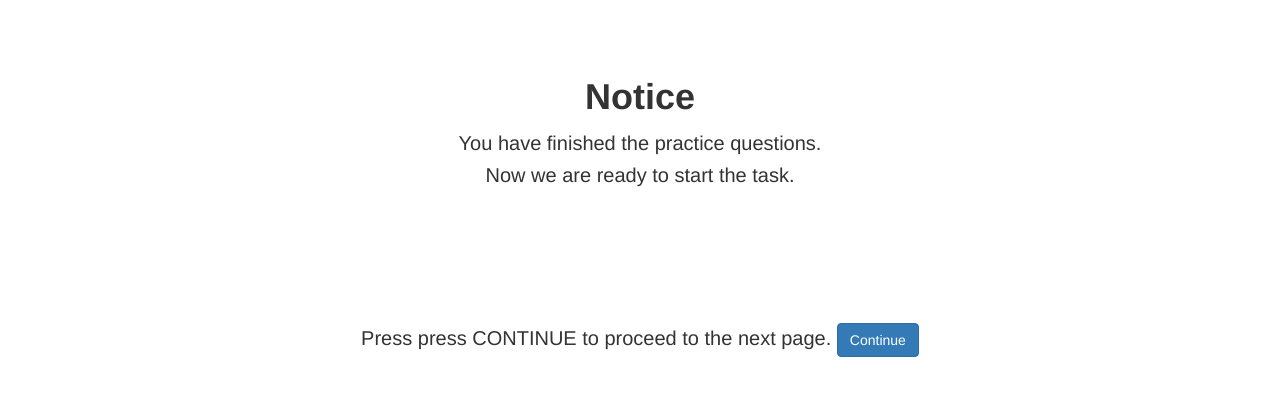
Repository: zmikaya/behavecon
Page: templates/group/Category3Dams_p10.html
The author's editor kept a record of every edit. The page is drawn from the files as they stood at one moment, then again after the next edit.
The browser window is 1280 px wide. The pictures show the whole page.
The template is drawn by Django 2.2. The application's start-up code is not run. Other server files are loaded and not shown. The template is opened directly, without the code that normally fills it, so the values that code supplies are empty.

Above is the page before.
Console error: TypeError: Cannot read properties of null (reading 'getAttribute')

### templates/group/Category3Dams_p10.html
{% extends 'sidebar-base.html' %}
{% load staticfiles %}

{% block body_block %}
    <!-- Page Content -->
    <div id="page-content-wrapper">
        <div class="container-fluid">
            <div class="row">
                <div class="col-lg-12 center">
                    <h1><b>Notice</b></h1>
                    <p>You have finished the practice questions.<br>
                        Now we are ready to start the task.
                    </p>
                    <div>
                        <p class="inline continue">Press press CONTINUE to proceed to the next page.</p>
                        <button type="button" class="btn btn-primary next" onclick="ajaxGetPage('p4')">Continue</button>
                    </div>
                    <!--<a href="#menu-toggle" class="btn btn-default" id="menu-toggle">Toggle Menu</a>-->
                </div>
            </div>
        </div>
    </div>
    <!-- /#page-content-wrapper -->
{% endblock %}

### templates/sidebar-base.html
<!DOCTYPE html>
{% load staticfiles %}
<html lang="en">

<head>

    <meta charset="utf-8">
    <meta http-equiv="X-UA-Compatible" content="IE=edge">
    <meta name="viewport" content="width=device-width, initial-scale=1">
    <meta name="description" content="">
    <meta name="author" content="">

    <title>BehaveCon</title>

    <!-- Bootstrap Core CSS -->
    <link href="{% static "css/bootstrap.min.css" %}" rel="stylesheet">

    <!-- Custom CSS -->
    <link href="{% static "css/simple-sidebar.css" %}" rel="stylesheet">

    <link href="{% static "css/style.css" %}" rel="stylesheet">

    <script src="{% static "js/jquery.js" %}"></script>

    <script src="{% static "js/embed.js" %}" type="text/javascript"></script>

    <!-- HTML5 Shim and Respond.js IE8 support of HTML5 elements and media queries -->
    <!-- WARNING: Respond.js doesn't work if you view the page via file:// -->
    <!--[if lt IE 9]>
        <script src="https://oss.maxcdn.com/libs/html5shiv/3.7.0/html5shiv.js"></script>
        <script src="https://oss.maxcdn.com/libs/respond.js/1.4.2/respond.min.js"></script>
    <![endif]-->


</head>

<body>

    <!--<div id="wrapper">-->

        <!-- Sidebar -->
    <!--    <div id="sidebar-wrapper">-->
    <!--        <ul class="sidebar-nav">-->
    <!--            <li class="sidebar-brand">-->
    <!--                <a href="#">-->
    <!--                    Start Bootstrap-->
    <!--                </a>-->
    <!--            </li>-->
    <!--            <li>-->
    <!--                <a href="#">Dashboard</a>-->
    <!--            </li>-->
    <!--            <li>-->
    <!--                <a href="#">Shortcuts</a>-->
    <!--            </li>-->
    <!--            <li>-->
    <!--                <a href="#">Overview</a>-->
    <!--            </li>-->
    <!--            <li>-->
    <!--                <a href="#">Events</a>-->
    <!--            </li>-->
    <!--            <li>-->
    <!--                <a href="#">About</a>-->
    <!--            </li>-->
    <!--            <li>-->
    <!--                <a href="#">Services</a>-->
    <!--            </li>-->
    <!--            <li>-->
    <!--                <a href="#">Contact</a>-->
    <!--            </li>-->
    <!--        </ul>-->
    <!--    </div>-->
        <!-- /#sidebar-wrapper -->

        <!-- Page Content -->
        {% block body_block %}{% endblock %}
    <!-- /#wrapper -->

    <!-- jQuery -->
    <script src="{% static "js/jquery.js" %}"></script>

    <!-- Bootstrap Core JavaScript -->
    <script src="{% static "js/bootstrap.min.js" %}"></script>

    <script src="{% static "js/script.js" %}"></script>

    <!-- Menu Toggle Script -->
    <script>
    $("#menu-toggle").click(function(e) {
        e.preventDefault();
        $("#wrapper").toggleClass("toggled");
    });
    </script>

</body>

</html>

### static/css/simple-sidebar.css
/*!
 * Start Bootstrap - Simple Sidebar HTML Template (http://startbootstrap.com)
 * Code licensed under the Apache License v2.0.
 * For details, see http://www.apache.org/licenses/LICENSE-2.0.
 */

/* Toggle Styles */

#wrapper {
    padding-left: 0;
    -webkit-transition: all 0.5s ease;
    -moz-transition: all 0.5s ease;
    -o-transition: all 0.5s ease;
    transition: all 0.5s ease;
}

#wrapper.toggled {
    padding-left: 250px;
}

#sidebar-wrapper {
    z-index: 1000;
    position: fixed;
    left: 250px;
    width: 0;
    height: 100%;
    margin-left: -250px;
    overflow-y: auto;
    background: #000;
    -webkit-transition: all 0.5s ease;
    -moz-transition: all 0.5s ease;
    -o-transition: all 0.5s ease;
    transition: all 0.5s ease;
}

#wrapper.toggled #sidebar-wrapper {
    width: 250px;
}

#page-content-wrapper {
    width: 100%;
    position: absolute;
    padding: 15px;
}

#wrapper.toggled #page-content-wrapper {
    position: absolute;
    margin-right: -250px;
}

/* Sidebar Styles */

.sidebar-nav {
    position: absolute;
    top: 0;
    width: 250px;
    margin: 0;
    padding: 0;
    list-style: none;
}

.sidebar-nav li {
    text-indent: 20px;
    line-height: 40px;
}

.sidebar-nav li a {
    display: block;
    text-decoration: none;
    color: #999999;
}

.sidebar-nav li a:hover {
    text-decoration: none;
    color: #fff;
    background: rgba(255,255,255,0.2);
}

.sidebar-nav li a:active,
.sidebar-nav li a:focus {
    text-decoration: none;
}

.sidebar-nav > .sidebar-brand {
    height: 65px;
    font-size: 18px;
    line-height: 60px;
}

.sidebar-nav > .sidebar-brand a {
    color: #999999;
}

.sidebar-nav > .sidebar-brand a:hover {
    color: #fff;
    background: none;
}

@media(min-width:768px) {
    #wrapper {
        padding-left: 250px;
    }

    #wrapper.toggled {
        padding-left: 0;
    }

    #sidebar-wrapper {
        width: 250px;
    }

    #wrapper.toggled #sidebar-wrapper {
        width: 0;
    }

    #page-content-wrapper {
        padding: 20px;
        position: relative;
    }

    #wrapper.toggled #page-content-wrapper {
        position: relative;
        margin-right: 0;
    }
}

### static/css/style.css
.center {
    text-align: center;
    font-size: 20px;
    margin-top: 3%;
    line-height: 160%;
}

.left-align {
    font-size: 20px;
    margin-top: 3%;
    line-height: 160%;
}

.left-align-width {
    font-size: 20px;
    margin-top: 3%;
    line-height: 160%;
    width: 80% !important;
}

.left-align-no-margin {
    font-size: 20px;
    margin-top: 0;
    line-height: 160%;
}

.inline {
    display: inline-block;
}

.continue {
    margin-top: 10%;
}

.text {
    font-size: 20px;
    line-height: 160%;
}

.left {
    margin-top: 3%;
    width: 50%;
    float: left;
}

.right {
    margin-top: 3%;
    width: 50%;
    float: right;
}

.damTable {
    max-height: 100%;
    max-width: 100%;
    margin-top: 15%;
}

.damContinue {
    float: right;
    font-size: 20px;
    padding-right: 5%;
}

.bullet-points li {
    margin-bottom: 2%;
}

.practice-ml-row{
    height: 150px;
    border-bottom: thick solid #A69F9F;
}

.col-md-6 p{
    margin: 0;
    transform: translateY(50%);
}

.table-center {
    transform: translateY(50%);
}

.table-3-center {
    transform: translateY(20%);
}

.list-no-style {
    list-style-type: none;
}

.list-inline {
    vertical-align: top;
}

.table-inline {
    display: inline-block;
}
.border{
    height: 100%;
    border-left: thick solid #A69F9F;
}

.no-margin {
    margin: 0;
}

.chat {
    margin-top: 4%;
}

.enterinfo {
    width: 15%;
}

.error-msg {
    color: red;
}

.npresent {
    padding-left: 35px;
}



#leftAnswers {
    margin-top: 5%;
}

#black-border {
    border: solid black;
}

### static/js/embed.js
function tlkioOnload() {
    var target_element  = document.getElementById('tlkio'),
        channel_name    = target_element.getAttribute('data-channel'),
        custom_css_path = target_element.getAttribute('data-theme'),
        nickname        = target_element.getAttribute('data-nickname'),
        iframe          = document.createElement('iframe');

    // var iframe_src = 'http://embed.lvh.me:3000/' + channel_name,
    var iframe_src = '//embed.tlk.io/' + channel_name,
        iframe_query = [];


    if (custom_css_path && custom_css_path.length > 0) {
      iframe_query.push('custom_css_path=' + custom_css_path);
    }

    if (nickname && nickname.length > 0) {
      iframe_query.push('nickname=' + nickname);
    }

    if (iframe_query.length > 0) {
      iframe_src += '?' + iframe_query.join('&')
    }

    iframe.setAttribute('src', iframe_src);
    iframe.setAttribute('width', '100%');
    iframe.setAttribute('height', '100%');
    iframe.setAttribute('frameborder', '0');
    iframe.setAttribute('style', 'margin-bottom: -8px;');

    var current_style = target_element.getAttribute('style');
    target_element.setAttribute('style', 'overflow: auto; -webkit-overflow-scrolling: touch;' + current_style);

    target_element.appendChild(iframe);
};

### static/js/script.js
var url = "/Category3Dams/"

function getCookie(name) {
    var cookieValue = null;
    if (document.cookie && document.cookie != '') {
        var cookies = document.cookie.split(';');
        for (var i = 0; i < cookies.length; i++) {
            var cookie = jQuery.trim(cookies[i]);
            // Does this cookie string begin with the name we want?
            if (cookie.substring(0, name.length + 1) == (name + '=')) {
                cookieValue = decodeURIComponent(cookie.substring(name.length + 1));
                break;
            }
        }
    }
    return cookieValue;
}


// $('.next').click(function(){
//     var csrftoken = getCookie('csrftoken');
//     var id = $("#enterid").val();
//     var page = $(this).attr('id')+'/';
//     $.ajax({
//       type: "POST",
//       url: url + page,
//       data: {
//           'id': id,
//           'csrfmiddlewaretoken': csrftoken
//         },
//         success: nextPage,
//         dataType: 'html'
//     });
// });

function dictToList(dict) {
    var keys = Object.keys(dict).sort()
    var data = [];
    for (var i=0; i<keys.length; i++) {
        data.push(dict[keys[i]]);
    }
    return data
}

function ajaxGetPage(page, data){
    var csrftoken = getCookie('csrftoken');
    console.log(url+page)
    var id = $("#enterid").val();
    // var page = $(this).attr('id')+'/';
    if (data) {
        var out = JSON.stringify(dictToList(data));
        console.log(out)
        $.ajax({
          type: "POST",
          url: url + page,
          data: {
              'data': out,
              'csrfmiddlewaretoken': csrftoken
            },
            success: nextPage,
            dataType: 'html'
        });
    }
    else {
        $.ajax({
          type: "POST",
          url: url + page,
          data: {
              'id': id,
              'csrfmiddlewaretoken': csrftoken
            },
            success: nextPage,
            dataType: 'html'
        });
    }
};

function ajaxSendData(page, data){
    var csrftoken = getCookie('csrftoken');
    console.log(url+page)
    var id = $("#enterid").val();
    // var page = $(this).attr('id')+'/';
    if (data) {
        var out = JSON.stringify(dictToList(data));
        console.log(out)
        $.ajax({
          type: "POST",
          url: url + page,
          data: {
              'data': out,
              'csrfmiddlewaretoken': csrftoken
            },
            success: emptyReturn,
            dataType: 'html'
        });
    }
}


function emptyReturn(data, textStatus, jqXHR){
    // var data = $.parseHTML(data);
    // console.log(data)
    // $("html").empty();
    // for(var i=0; i<data.length; i++){
    //     $("html").append(data[i])
    // }
    // if (tlkioOnload) {
    //     tlkioOnload();
    // }
}

// if (tlkioOnload) {
//     tlkioOnload();
// }


// handles the returned html/data from Django
// clears existing body, then replaces it with returned html
var test = null;
function nextPage(data, textStatus, jqXHR){
    test = data;
    var data = $.parseHTML(data);
    console.log(data)
    $("html").empty();
    for(var i=0; i<data.length; i++){
        $("html").append(data[i])
    }
    if (tlkioOnload) {
        tlkioOnload();
    }
}

if (tlkioOnload) {
    tlkioOnload();
}

Loaded but not shown: static/css/bootstrap.min.css (library); static/js/jquery.js (library); static/js/bootstrap.min.js (library)

After the next edit:
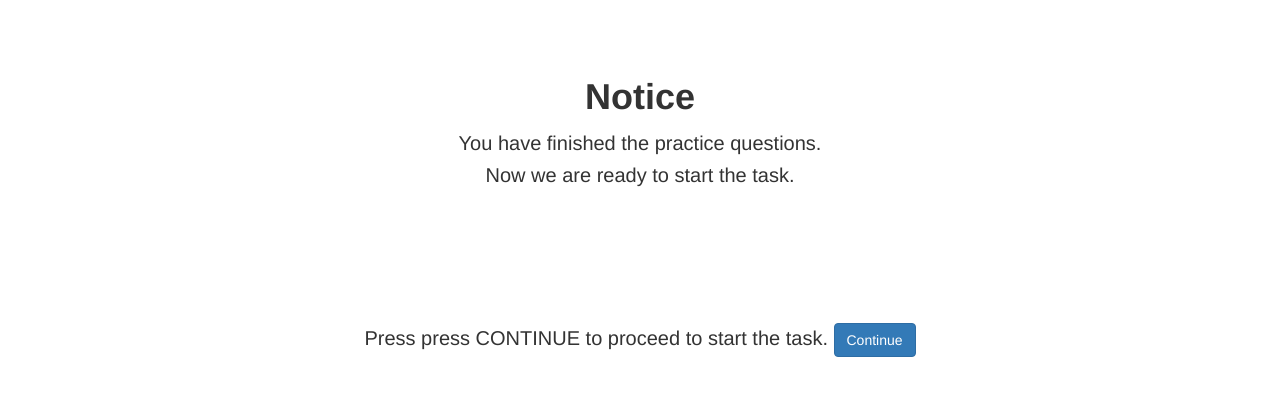
The edit:
--- a/templates/group/Category3Dams_p10.html
+++ b/templates/group/Category3Dams_p10.html
@@ -12,8 +12,9 @@
                         Now we are ready to start the task.
                     </p>
                     <div>
-                        <p class="inline continue">Press press CONTINUE to proceed to the next page.</p>
-                        <button type="button" class="btn btn-primary next" onclick="ajaxGetPage('p4')">Continue</button>
+                        <p class="inline continue">Press press CONTINUE to proceed to start the task.</p>
+                        <!--<button type="button" class="btn btn-primary next" onclick="ajaxGetPage('p11')">Continue</button>-->
+                        <a class="btn btn-primary next" href="/Category3Dams/p11">Continue</a>
                     </div>
                     <!--<a href="#menu-toggle" class="btn btn-default" id="menu-toggle">Toggle Menu</a>-->
                 </div>
